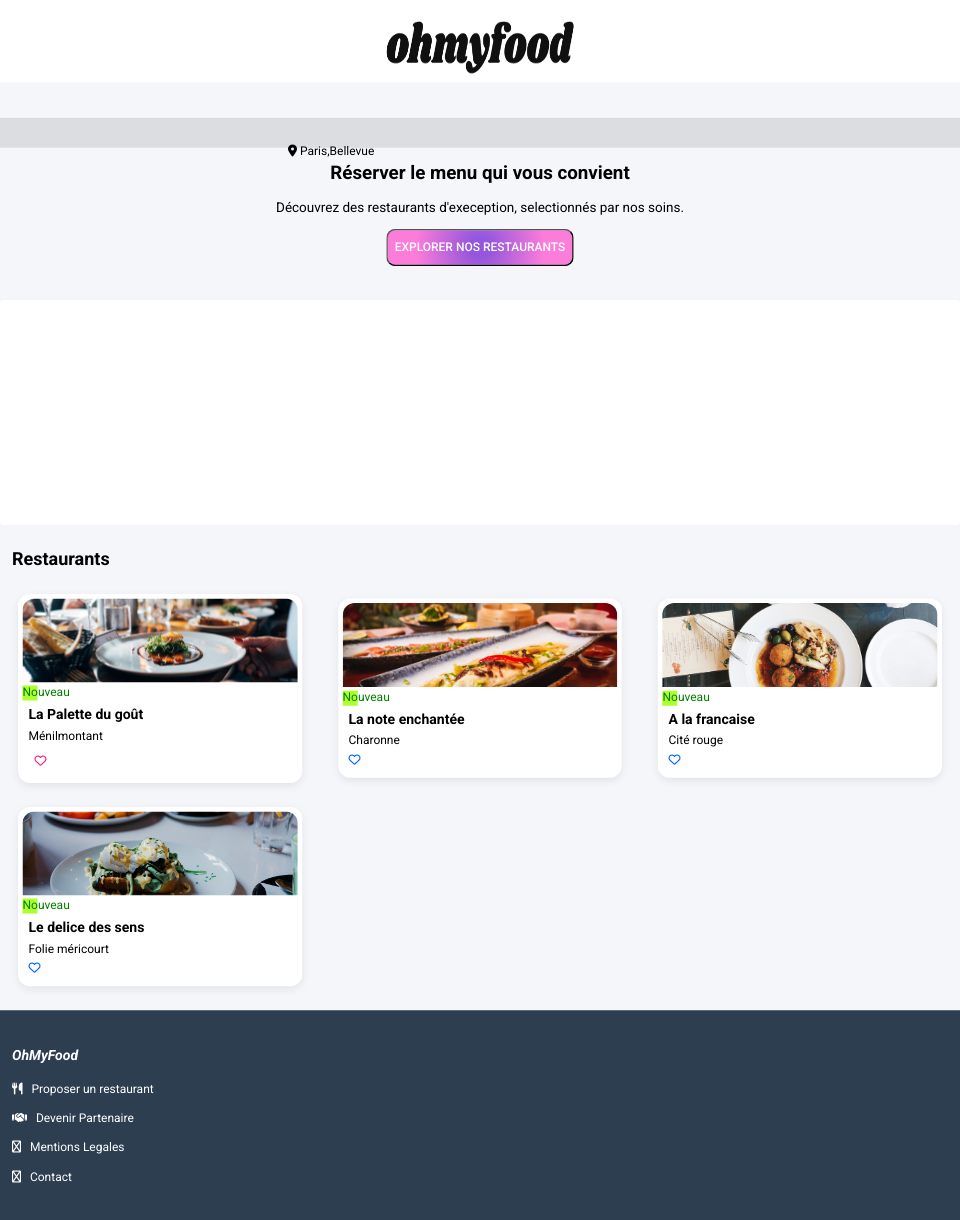
Repository: ultraasedev/ohmyfood
Page: index.html
The author's editor kept a copy of each file at every save. The page is drawn from the files as they stood at one save, then again after the next save.
The browser window is 1280 px wide. The pictures show the whole page, at 75% of full size.
Some web fonts or font styles are not loaded; a fallback is used. Some web libraries are served in a nearby version.

Above is the page before, as saved 2022-10-27 18:22:08.

### index.html
<!doctype html>
<html lang="fr">
    <head>
        <meta charset="UTF-8">
        <meta name="viewport" content="width=device-width,minimum-scale=1,initial-scale=1,maximum-scale=2">

      <title>Ohmyfood!  - Home</title>
       <meta name="description" content="Ohmyfood! est une entreprise de commande de repas en ligne. Notre concept permet aux
       utilisateurs de composer leur propre menu et réduire leur temps d’attente dans les
       restaurants car leur menu est préparé à l’avance. Plus de perte de temps à consulter la carte"/>
       <meta property="og:site_name" content="Ohmyfood!  - est une entreprise de commande de repas en ligne. Notre concept permet aux
       utilisateurs de composer leur propre menu et réduire leur temps d’attente dans les
       restaurants car leur menu est préparé à l’avance. Plus de perte de temps à consulter la carte" />
       <meta property="og:description" content="est une entreprise de commande de repas en ligne. Notre concept permet aux
       utilisateurs de composer leur propre menu et réduire leur temps d’attente dans les
       restaurants car leur menu est préparé à l’avance. Plus de perte de temps à consulter la carte" />




       <link type="text/css" rel="stylesheet" href="css/normalize.css"/>
       <link type="text/css" rel="stylesheet" href="css/all.min.css"/>
       <link type="text/css" rel="stylesheet" href="css/fontawesome.min.css"/>
       <link rel="preconnect" href="https://fonts.googleapis.com">
        <link rel="preconnect" href="https://fonts.gstatic.com" crossorigin>
       <link href="https://fonts.googleapis.com/css2?family=Roboto:ital,wght@0,100;0,300;0,400;0,500;0,700;0,900;1,100;1,300;1,400;1,500;1,700;1,900&family=Shrikhand&display=swap" rel="stylesheet">
       <script   src="https://kit.fontawesome.com/f132f25ed3.js" crossorigin="anonymous"></script>

       <link type="text/css" rel="stylesheet" href="css/style.css" />



       </head>

       <body>
<!--Nav + Logo-->
   <div class="nav">
    <div class="logo">
      <img src="images/logo/ohmyfood.png" alt="Ohmyfood !" class="logo"/>
    </div>
   </div>


<!--Header-->
<header>
  <!--Location-->
 <div class="location">
  <div class="villeloca"><p><i class="fa-sharp fa-solid fa-location-dot"></i> Paris,Bellevue</p></div>
</div>

  <div class="head-cont">
    <h2>Réserver le menu qui vous convient</h2>
    <p>Découvrez des restaurants d'exeception, selectionnés par nos soins.</p>

    <button class="btn-nav">
      Explorer nos restaurants
    </button>
  </div>
</header>

<!--Fonctionnement-->
<section class="cont-fonc">


</section>
<!--Fonctionnement-->

<!--Restau 1-->
<section class="cont-art">
  <h2>Restaurants</h2>

  <!-- Card 1 -->
              <article class="resto-card">
                <a href="#">
                  <img
                    src="./images/restaurants/jay-wennington-N_Y88TWmGwA-unsplash.jpg"
                    alt="Photo de l'hébergement"
                  />
                  <div class="new">Nouveau</div>
                  <h3>La Palette du goût</h3>
                  <p>Ménilmontant</p>
                  <div class="stars">
                    <i class="fa-regular fa-heart active"></i>
                  </div>
                </a>
              </article>


               <!-- Card 2 -->
               <article class="resto-card">
                <a href="#">
                  <img
                    src="./images/restaurants/louis-hansel-shotsoflouis-qNBGVyOCY8Q-unsplash.jpg"
                    alt="Photo de l'hébergement"
                  />
                  <div class="new">Nouveau</div>
                  <h3>La note enchantée</h3>
                  <p>Charonne</p>
                  <div class="stars">
                    <i class="fa-regular fa-heart"></i>

                  </div>
                </a>
              </article>

               <!-- Card 3 -->
               <article class="resto-card">
                <a href="#">
                  <img
                    src="./images/restaurants/stil-u2Lp8tXIcjw-unsplash.jpg"
                    alt="Photo de l'hébergement"
                  />
                  <div class="new">Nouveau</div>
                  <h3>A la francaise</h3>
                  <p>Cité rouge</p>
                  <div class="stars">
                    <i class="fa-regular fa-heart"></i>
                  </div>
                </a>
              </article>

               <!-- Card 4 -->
               <article class="resto-card">
                <a href="#">
                  <img
                    src="./images/restaurants/toa-heftiba-DQKerTsQwi0-unsplash.jpg"
                    alt="Photo de l'hébergement"
                  />
                  <div class="new">Nouveau</div>
                  <h3>Le delice des sens</h3>
                  <p>Folie méricourt</p>
                  <div class="stars">
                    <i class="fa-regular fa-heart"></i>
                  </div>
                </a>
              </article>




</section>

<!--FOOTER-->
<footer>
  <div class="container-footer">
    <div class="card-footer">
      <h3 style="font-family: 'Roboto';font-weight: 700;font-style: italic;">OhMyFood</h3>
      <!--<img src="images/logo/ohmyfood.png" alt="Ohmyfood !" height="20px" width="80px" style="margin-bottom: 10px;"/>-->
      <a href="#"><i class="fa-solid fa-utensils"></i>&nbsp;&nbsp;&nbsp;Proposer un restaurant</a>
      <a href="#"><i class="fa-solid fa-handshake"></i>&nbsp;&nbsp;&nbsp;Devenir Partenaire</a>
      <a href="#"><i class="fa-regular fa-circle-info"></i>&nbsp;&nbsp;&nbsp;Mentions Legales</a>
      <a href="#"><i class="fa-regular fa-phone"></i>&nbsp;&nbsp;&nbsp;Contact</a>

    </div>

</footer>

### css/style.css
*{
    box-sizing: border-box;
    font-family: var(--fontall);
    max-width: 1380px;

}
:root{

  /*Font*/
  --fontall: 'Roboto', sans-serif;
  --fontlg: 'Shrikhand' , cursive;

  /*color*/
  --primary: #9356DC;
  --secon: #FF79DA;
  --tert: #99E2D0;

  --greybg: #f5f6fa;

}


body{
    background-color:  var(--greybg);
    font-family: var(--fontall);
}

/* Nav*/
.nav{
  display: flex;
  height: 130px;
  width: 100%;
  background-color: #fff;
  align-items: center;
  align-content: center;
  text-align: center;
  margin-bottom: 10px;
}
/*Logo*/
.logo{
  position: relative;
  align-items: center;
  align-content: center;
  text-align: center;
  margin-right: auto;
  margin-left: auto;
}
.logo img{
  height: 70px;
  width: 250px;
}
/*Header*/
header{
  position: absolute;
  height: 300px;
  width: 100%;
  background-color: #f5f6fa;
  align-items: center;
  align-content: center;
  text-align: center;
  margin-top: -30px;
}
/*Location*/
.location{
  position: flex;
  background-color: #dcdde1;
  height: 40px;
  margin-top: -8px;
  align-items: center;
  align-content: center;
  text-align: center;
}
.location .villeloca{
  position: absolute;
  align-items: center;
  align-content: center;
  text-align: center;
  left: 30%;
}

/*Head-Cont*/

.head-cont h2{
  font-size: 25px;
  font-weight: bold;

}
.head-cont p{
  font-size: 18px;
  font-weight: 400;

}
/*Btn-nav*/
.btn-nav{
  align-items: center;
  align-content: center;
  text-transform: uppercase;
  transition: 0.5s;
  background: rgb(147,86,220);
  background: radial-gradient(circle, rgba(147,86,220,1) 10%, rgba(252,124,218,1) 69%);
  z-index: -1;
  transition: transform 400ms ease-in;
  color: #fff;
  width: 250px;
  height: 50px;
  overflow: hidden;
  text-decoration: none;
  border-radius: 12px;
 font-weight: 500;

}
/*Fonctionnement*/
.cont-fonc{
  position: relative;
  background-color: #fff;
  height: 300px;
  margin-top: 270px;
  border-radius: 5px;
}


/* Content Article */
.cont-art{
  background-color: #f5f6fa;
  padding: 32px 16px;
  border-radius: 16px;
  display: grid;
  grid-template-columns: repeat(3, 1fr);
  gap: 32px;
  left: 10px;
}
.cont-art h2 {
  grid-column: 1/-1;
  margin: 0;
}
.cont-art .resto-card{
  background: white;
  padding: 6px;
  border-radius: 16px;
  margin: auto;
  box-shadow: rgba(0, 0, 0, 0.08) 0px 4px 12px;
  transition: 0.2s;
  width: calc(100% - 16px);
}
.cont-art .resto-card .new{
  background-color: greenyellow;
  color: green;
  height: 20px;
  width: 20px;
}
.cont-art .resto-card img {
  width: 255px;
  border-radius: 16px 16px 0 0;
  height: 112px;
  object-fit: cover;
  width: 100%;
}
.cont-art .resto-card a {
  text-decoration: none;
  color: inherit;
}

.cont-art .resto-card h3 {
  margin: 8px 8px 8px;
}

.cont-art .resto-card p {
  margin: 8px 8px 8px;
}

.cont-art .resto-card .stars {
  margin: 8px 8px 8px;
  color: #0065fc;
}
.cont-art .resto-card .stars .active{
  margin: 8px 8px 8px;
  color: #f52179;
}

/*FOOTER*/
footer {
  background-color: #2c3e50;
  padding: 32px 16px;
  color: #fff;
}
.container-footer {
  display: flex;
  max-width: 1330px;
  margin: auto;
  font-family: "Raleway", sans-serif;
  gap: 16px;
}
.card-footer {
  display: flex;
  flex-direction: column;
  min-width: 30%;
}

.card-footer a {
  margin-top: 5px;
  margin-bottom: 16px;
  text-decoration: none;
  color: inherit;
}

.card-footer a:hover {
  text-decoration: underline !important;
}

Loaded but not shown: css/normalize.css (library); css/all.min.css (library); css/fontawesome.min.css (library)

After the next save:
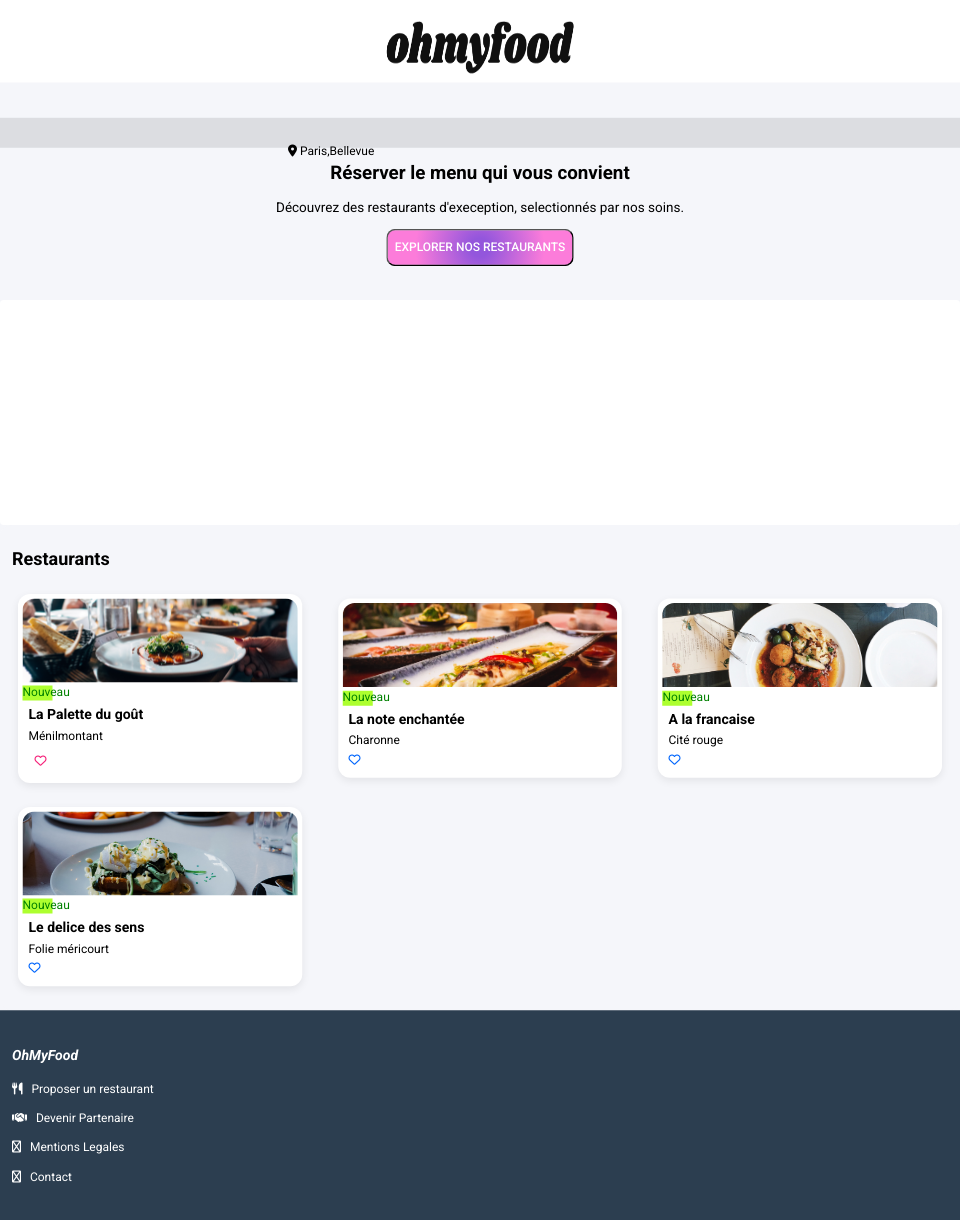
Saved 6 s later.
--- a/css/style.css
+++ b/css/style.css
@@ -146,7 +146,7 @@ header{
   background-color: greenyellow;
   color: green;
   height: 20px;
-  width: 20px;
+  width: 40px;
 }
 .cont-art .resto-card img {
   width: 255px;
